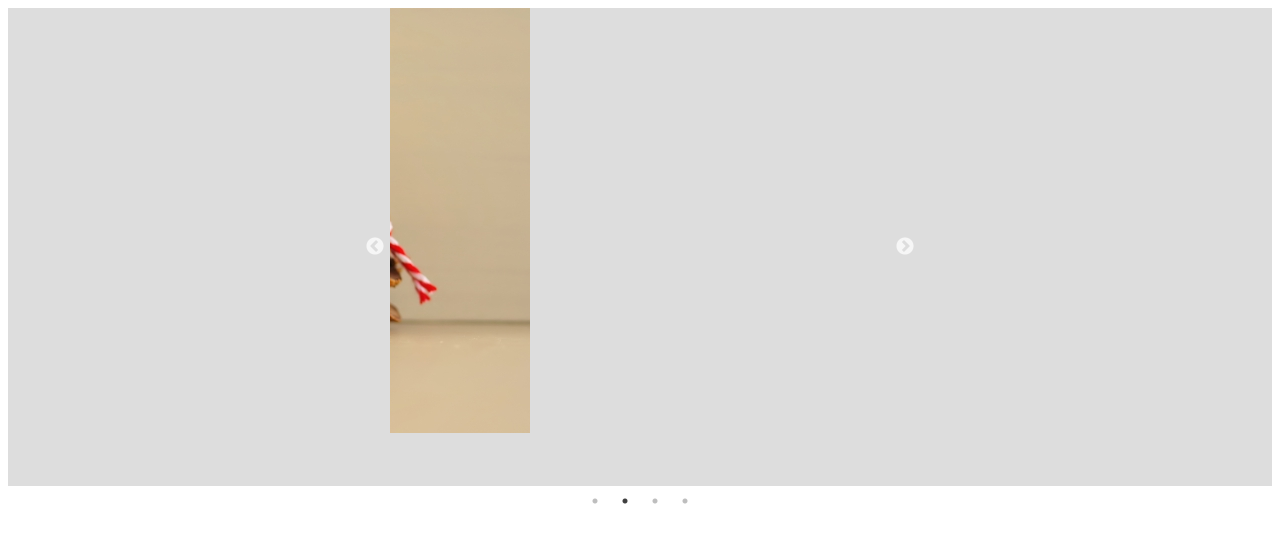
Repository: 92hisa/js-slideshow
Page: index.html
The author's editor kept a record of every edit. The page is drawn from the files as they stood at one moment, then again after the next edit.
The browser window is 1280 px wide. The pictures show the whole page.

Above is the page before.

After the next edit:
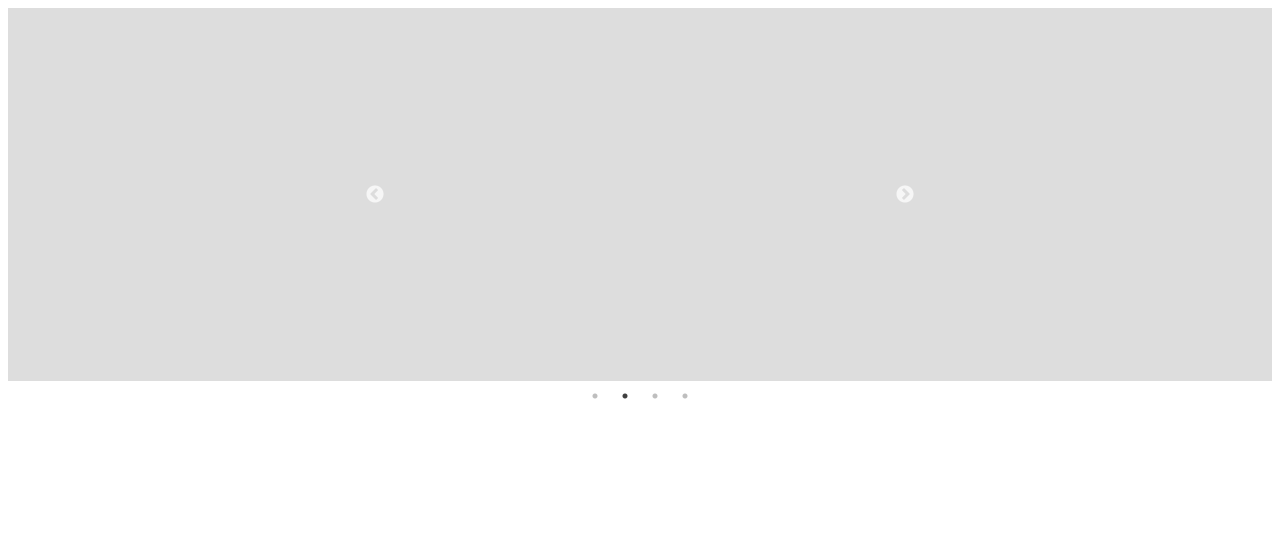
The edit:
--- a/main.css
+++ b/main.css
@@ -5,3 +5,7 @@
   width: 500px;
   margin: auto;
 }
+
+#slider img{
+    width: 100%;
+}
